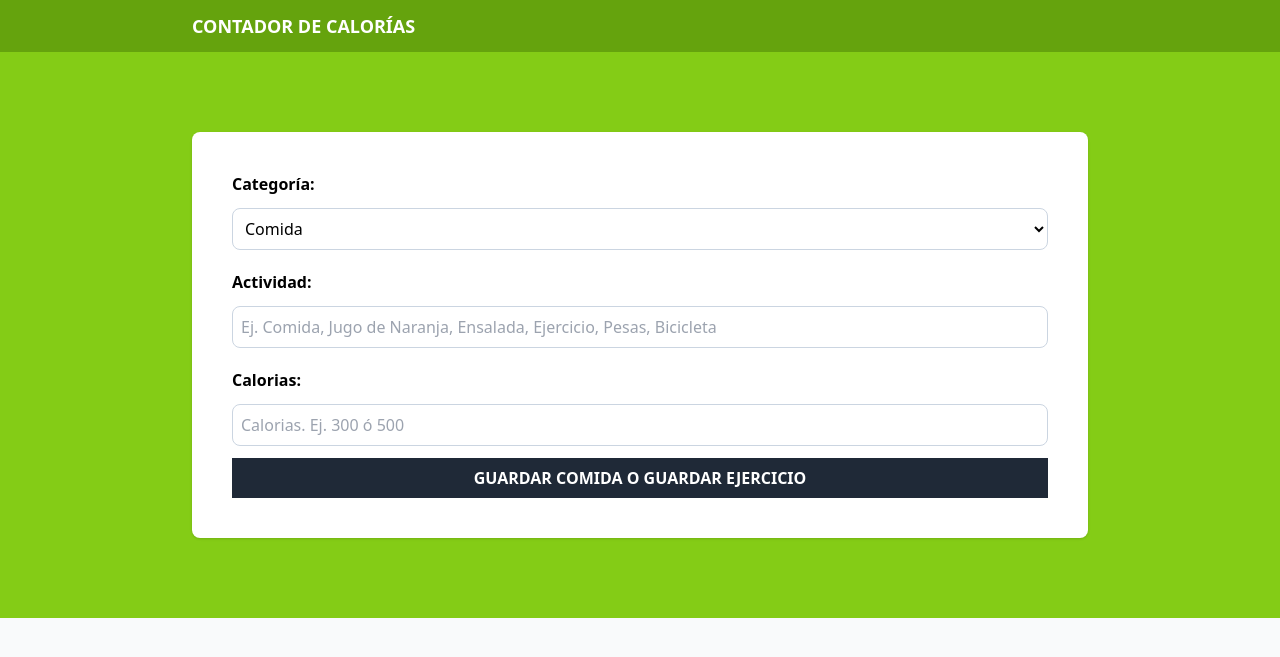
Repository: Samuel-Leal96/contador-calorias-react
Page: /
The author's editor kept a copy of each file at every save. The page is drawn from the files as they stood at one save, then again after the next save.
The browser window is 1280 px wide. The pictures show the whole page.
The project was rebuilt for these pictures with package versions that can differ from the ones it lists, and the page was loaded fresh each time. Also part of the build but not shown: vite.config.ts.

Above is the page before, as saved 2025-10-25 16:22:08.

### index.html
<!doctype html>
<html lang="en">
  <head>
    <meta charset="UTF-8" />
    <link rel="icon" type="image/svg+xml" href="/vite.svg" />
    <meta name="viewport" content="width=device-width, initial-scale=1.0" />
    <title>Contador de calorias - React y typescript</title>
  </head>
  <body class="bg-gray-50">
    <div id="root"></div>
    <script type="module" src="/src/main.tsx"></script>
  </body>
</html>

### src/App.tsx
import Form from "./components/Form"


function App() {

  return (
    <>
      <header className="bg-lime-600 py-3">
        <div className="max-w-4xl mx-auto flex justify-between">
          <h1 className="text-center text-lg font-bold text-white uppercase">
            Contador de calorías
          </h1>
        </div>
      </header>


      <section className="bg-lime-500 py-20 px-5">
        <div className="max-w-4xl mx-auto">
          <Form/>
        </div>
      </section>
    </>
  )
}

export default App

### src/components/Form.tsx
import { useState } from "react"
import { categories } from "../data/categories"

export default function
  () {

  const [activity, setActivity] = useState({
    category: 1,
    name: '',
    calories: 0
  })

  return (
    <div>
      <form
        className="space-y-5 bg-white shadow p-10 rounded-lg"
      >
        <div className="grid grid-cols-1 gap-3" >

          <label htmlFor="category" className="font-bold">Categoría:</label>

          <select
            className="border border-slate-300 p-2 rounded-lg w-full bg-white"
            id="category"
            value={activity.category}
          >
            {categories.map(category => (
              <option
                key={category.id}
                value={category.id}
              >
                {category.name}
              </option>
            ))}
          </select>

        </div>

        <div className="grid grid-cols-1 gap-3" >
          <label htmlFor="name" className="font-bold">Actividad:</label>

          <input
            id="name"
            type="text"
            className="border border-slate-300 p-2 rounded-lg"
            placeholder="Ej. Comida, Jugo de Naranja, Ensalada, Ejercicio, Pesas, Bicicleta"
            value={activity.name}
          >
          </input>

        </div>

        <div className="grid grid-cols-1 gap-3" >
          <label htmlFor="calories" className="font-bold">Calorias:</label>

          <input
            id="calories"
            type="number"
            className="border border-slate-300 p-2 rounded-lg"
            placeholder="Calorias. Ej. 300 ó 500"
          >
          </input>


          <input
            type="submit"
            className="bg-gray-800 hover:bg-gray-900 w-full p-2 font-bold uppercase text-white cursor-pointer"
            value='Guardar comida o guardar ejercicio'
          >
          </input>

        </div>


      </form>
    </div>
  )
}

### src/data/categories.tsx
import type { Category } from "../types"

export const categories : Category[] = [
    { id: 1, name: 'Comida' },
    { id: 2, name: 'Ejercicio' }
]

Loaded but not shown: src/main.tsx (common file); src/index.css (common file); tailwind.config.js (common file)

After the next save:
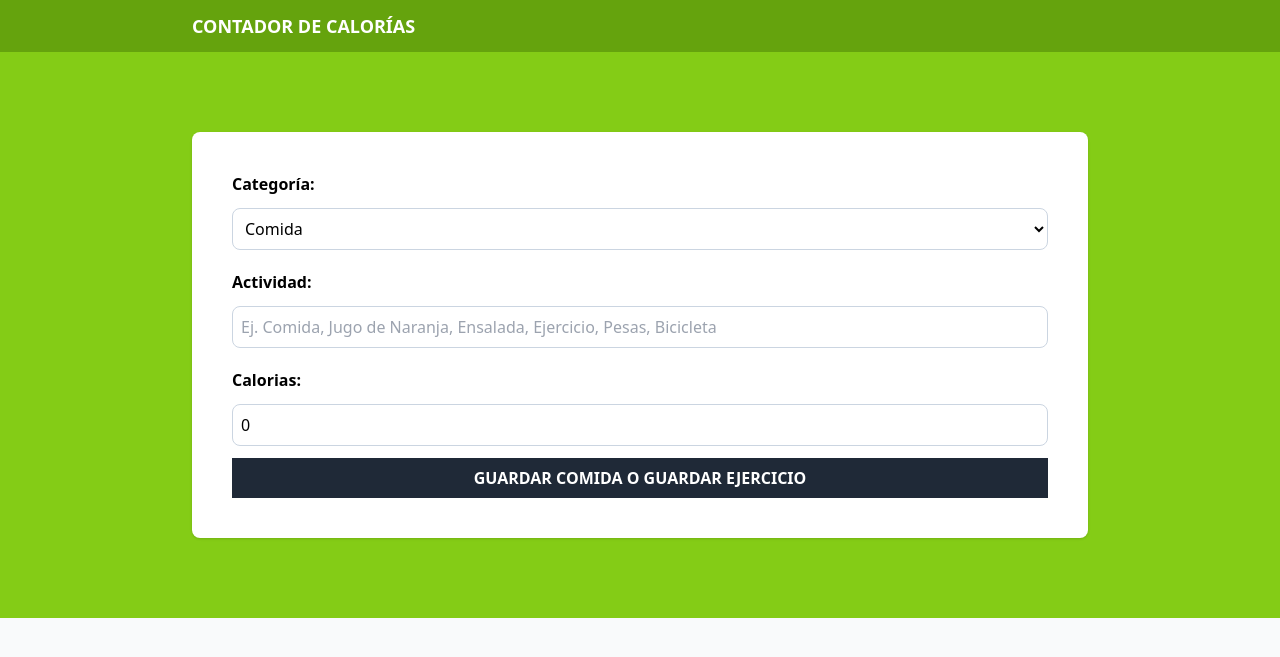
Saved 25 s later.
--- a/src/components/Form.tsx
+++ b/src/components/Form.tsx
@@ -58,6 +58,7 @@ export default function
             type="number"
             className="border border-slate-300 p-2 rounded-lg"
             placeholder="Calorias. Ej. 300 ó 500"
+            value={activity.calories}
           >
           </input>
 
